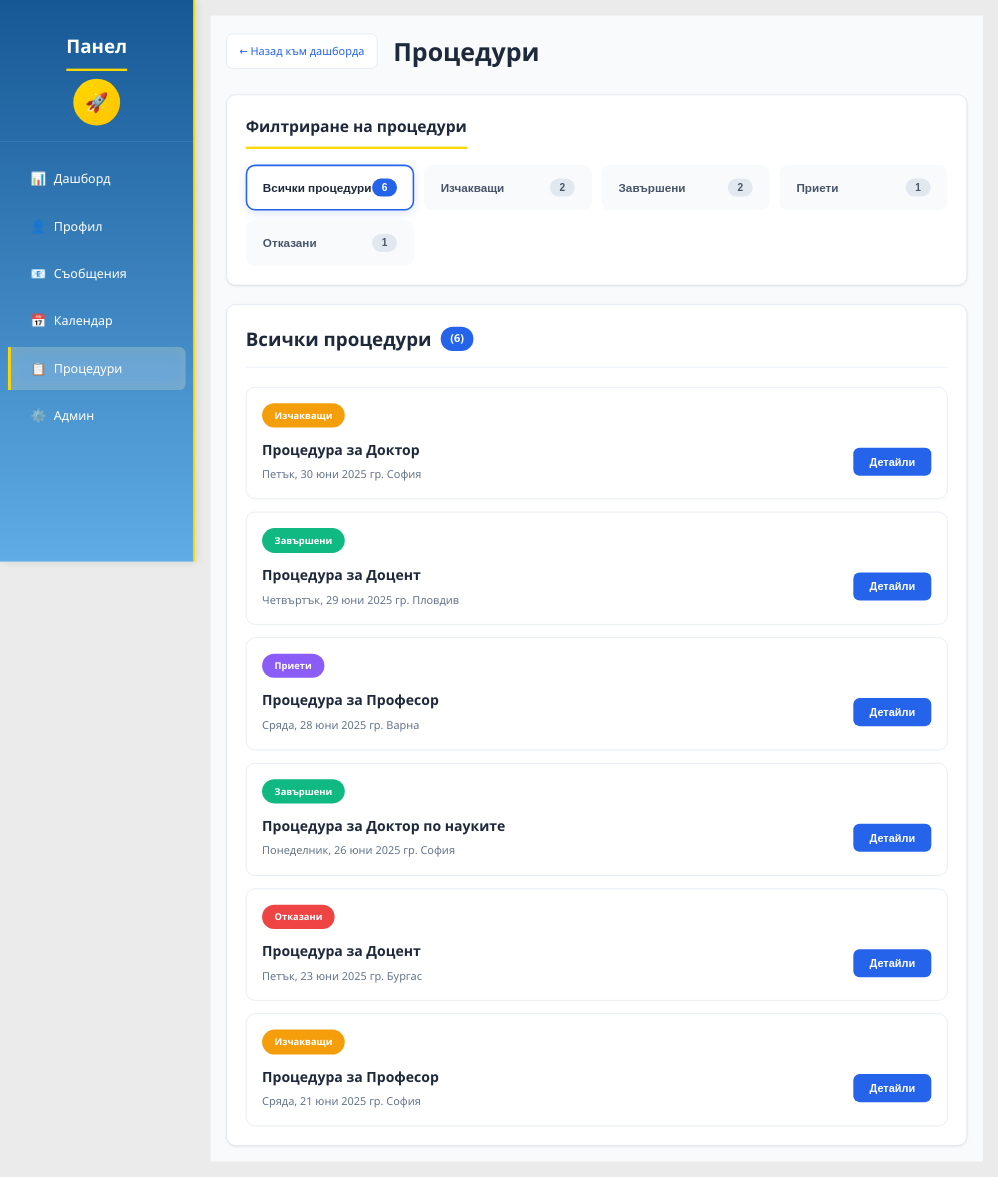
Repository: BorisSavianov/doxa-frontend
Page: /procedures
The author's editor kept a copy of each file at every save. The page is drawn from the files as they stood at one save, then again after the next save.
The browser window is 1280 px wide. The pictures show the whole page, at 78% of full size.
The project was rebuilt for these pictures with package versions that can differ from the ones it lists, and the page was loaded fresh each time. Also part of the build but not shown: vite.config.js, src/components/Layout/Header.jsx, src/pages/Dashboard.jsx, src/pages/Profile.css, src/pages/Profile.jsx, src/pages/Inbox.jsx, src/pages/Calendar.css, src/pages/Calendar.jsx and 1 more.

Above is the page before, as saved 2025-10-24 14:38:43.

### index.html
<!doctype html>
<html lang="en">
  <head>
    <meta charset="UTF-8" />
    <link rel="icon" type="image/svg+xml" href="/vite.svg" />
    <meta name="viewport" content="width=device-width, initial-scale=1.0" />
    <title>vtu</title>
  </head>
  <body>
    <div id="root"></div>
    <script type="module" src="/src/main.jsx"></script>
  </body>
</html>

### src/main.jsx
import React from 'react'
import ReactDOM from 'react-dom/client'
import { createBrowserRouter, RouterProvider } from 'react-router-dom'
import { ThemeProvider } from './contexts/ThemeContext'
import { LanguageProvider } from './contexts/LanguageContext'
import Layout from './components/Layout/Layout'
import Dashboard from './pages/Dashboard'
import Profile from './pages/Profile'
import Inbox from './pages/Inbox'
import Calendar from './pages/Calendar'
import Admin from './pages/Admin'
import './index.css'
import Procedures from './pages/Procedures'

const router = createBrowserRouter([
  {
    path: "/",
    element: <Layout />,
    children: [
      {
        index: true,
        element: <Dashboard />,
      },
      {
        path: "dashboard",
        element: <Dashboard />,
      },
      {
        path: "profile",
        element: <Profile />,
      },
      {
        path: "inbox",
        element: <Inbox />,
      },
      {
        path: "calendar",
        element: <Calendar />,
      },
      {
        path: "admin",
        element: <Admin />,
      },
       {
        path: "procedures",
        element: <Procedures />,
      },
    ],
  },
], {
  future: {
    v7_startTransition: true,
    v7_relativeSplatPath: true,
  },
});

function App() {
  return (
    <ThemeProvider>
      <LanguageProvider>
        <RouterProvider router={router} />
      </LanguageProvider>
    </ThemeProvider>
  )
}

ReactDOM.createRoot(document.getElementById('root')).render(
  <React.StrictMode>
    <App />
  </React.StrictMode>,
)

### src/contexts/LanguageContext.jsx
import React, { createContext, useContext, useState } from 'react'
import { useLocalStorage } from '../hooks/useLocalStorage'

const LanguageContext = createContext()

export const useLanguage = () => {
  const context = useContext(LanguageContext)
  if (!context) {
    throw new Error('useLanguage must be used within a LanguageProvider')
  }
  return context
}

export const LanguageProvider = ({ children }) => {
  const [isEnglish, setIsEnglish] = useLocalStorage('language', false)

  const toggleLanguage = () => {
    setIsEnglish(prev => !prev)
  }

  const t = (bg, en) => {
    return isEnglish ? en : bg
  }

  const value = {
    isEnglish,
    toggleLanguage,
    t
  }

  return (
    <LanguageContext.Provider value={value}>
      {children}
    </LanguageContext.Provider>
  )
}

// В LanguageContext.jsx, добави следния код в t функцията или създай нова:
const calendarLocales = {
  bg: {
    buttonText: {
      today: 'Днес',
      month: 'Месец',
      week: 'Седмица',
      day: 'Ден',
      list: 'Списък'
    },
    allDayText: 'Цял ден',
    noEventsText: 'Няма събития'
  },
  en: {
    buttonText: {
      today: 'Today',
      month: 'Month',
      week: 'Week',
      day: 'Day',
      list: 'List'
    },
    allDayText: 'All day',
    noEventsText: 'No events'
  }
}

// Актуализирай t функцията или добави нова:
const getCalendarLocale = () => {
  return isEnglish ? calendarLocales.en : calendarLocales.bg
}

### src/components/Layout/Layout.jsx
import React from 'react'
import { Routes, Route } from 'react-router-dom'
import { useTheme } from '../../contexts/ThemeContext'
import Header from './Header'
import Sidebar from './Sidebar'
import Dashboard from '../../pages/Dashboard'
import Profile from '../../pages/Profile'
import Inbox from '../../pages/Inbox'
import Calendar from '../../pages/Calendar'
import Admin from '../../pages/Admin'
import Procedures from '../../pages/Procedures'
import '../../styles/globals.css'

const Layout = () => {
  const { isDark } = useTheme()

  return (
    <div className={`app ${isDark ? 'dark' : 'light'}`}>
      <Sidebar />
      <div className="main-content">
        <Routes>
          <Route path="/" element={<Dashboard />} />
          <Route path="/dashboard" element={<Dashboard />} />
          <Route path="/profile" element={<Profile />} />
          <Route path="/inbox" element={<Inbox />} />
          <Route path="/calendar" element={<Calendar />} />
          <Route path="/admin" element={<Admin />} />
          <Route path="/procedures" element={<Procedures />} />
        </Routes>
      </div>
    </div>
  )
}

export default Layout

### src/index.css
:root {
  font-family: Inter, system-ui, Avenir, Helvetica, Arial, sans-serif;
  line-height: 1.5;
  font-weight: 400;
}

body {
  margin: 0;
  display: flex;
  place-items: center;
  min-width: 320px;
  min-height: 100vh;
}

#root {
  width: 100%;
  margin: 0 auto;
}

### src/pages/Procedures.jsx
import React, { useState } from 'react';
import { Link } from 'react-router-dom';
import '../styles/procedures.css';

const Procedures = () => {
  const [selectedCategory, setSelectedCategory] = useState('всички');

  const proceduresData = {
    'всички': [
      {
        title: 'Процедура за Доктор',
        date: 'Петък, 30 юни 2025 гр. София',
        category: 'изчакващи',
        status: 'pending'
      },
      {
        title: 'Процедура за Доцент',
        date: 'Четвъртък, 29 юни 2025 гр. Пловдив',
        category: 'завършени',
        status: 'completed'
      },
      {
        title: 'Процедура за Професор',
        date: 'Сряда, 28 юни 2025 гр. Варна',
        category: 'приети',
        status: 'accepted'
      },
      {
        title: 'Процедура за Доктор по науките',
        date: 'Понеделник, 26 юни 2025 гр. София',
        category: 'завършени',
        status: 'completed'
      },
      {
        title: 'Процедура за Доцент',
        date: 'Петък, 23 юни 2025 гр. Бургас',
        category: 'отказани',
        status: 'rejected'
      },
      {
        title: 'Процедура за Професор',
        date: 'Сряда, 21 юни 2025 гр. София',
        category: 'изчакващи',
        status: 'pending'
      }
    ],
    'изчакващи': [
      {
        title: 'Процедура за Доктор',
        date: 'Петък, 30 юни 2025 гр. София',
        category: 'изчакващи',
        status: 'pending'
      },
      {
        title: 'Процедура за Професор',
        date: 'Сряда, 21 юни 2025 гр. София',
        category: 'изчакващи',
        status: 'pending'
      }
    ],
    'завършени': [
      {
        title: 'Процедура за Доцент',
        date: 'Четвъртък, 29 юни 2025 гр. Пловдив',
        category: 'завършени',
        status: 'completed'
      },
      {
        title: 'Процедура за Доктор по науките',
        date: 'Понеделник, 26 юни 2025 гр. София',
        category: 'завършени',
        status: 'completed'
      }
    ],
    'приети': [
      {
        title: 'Процедура за Професор',
        date: 'Сряда, 28 юни 2025 гр. Варна',
        category: 'приети',
        status: 'accepted'
      }
    ],
    'отказани': [
      {
        title: 'Процедура за Доцент',
        date: 'Петък, 23 юни 2025 гр. Бургас',
        category: 'отказани',
        status: 'rejected'
      }
    ]
  };

  const categories = [
    { value: 'всички', label: 'Всички процедури', count: 6 },
    { value: 'изчакващи', label: 'Изчакващи', count: 2 },
    { value: 'завършени', label: 'Завършени', count: 2 },
    { value: 'приети', label: 'Приети', count: 1 },
    { value: 'отказани', label: 'Отказани', count: 1 }
  ];

  const getProceduresToShow = () => {
    if (selectedCategory === 'всички') {
      return proceduresData['всички'];
    }
    return proceduresData[selectedCategory] || [];
  };

  const getCategoryColor = (category) => {
    const colors = {
      'изчакващи': '#f59e0b',
      'завършени': '#10b981',
      'приети': '#8b5cf6',
      'отказани': '#ef4444'
    };
    return colors[category] || '#6b7280';
  };

  const getStatusText = (status) => {
    const statusText = {
      'pending': 'Изчаква',
      'completed': 'Завършена',
      'accepted': 'Приета',
      'rejected': 'Отхвърлена'
    };
    return statusText[status] || 'Неизвестен';
  };

  return (
    <div className="procedures-page">
      <div className="page-header">
        <Link to="/" className="back-btn">
          ← Назад към дашборда
        </Link>
        <h1>Процедури</h1>
      </div>

      <div className="procedures-container">
        {/* Филтри */}
        <div className="procedures-filters">
          <h2>Филтриране на процедури</h2>
          <div className="filters-grid">
            {categories.map((category) => (
              <button
                key={category.value}
                className={`filter-btn ${selectedCategory === category.value ? 'active' : ''}`}
                onClick={() => setSelectedCategory(category.value)}
              >
                <span className="filter-label">{category.label}</span>
                <span className="filter-count">{category.count}</span>
              </button>
            ))}
          </div>
        </div>

        {/* Списък с процедури */}
        <div className="procedures-list-section">
          <div className="section-header">
            <h3>
              {selectedCategory === 'всички'
                ? 'Всички процедури'
                : categories.find(cat => cat.value === selectedCategory)?.label
              }
              <span className="procedures-count">({getProceduresToShow().length})</span>
            </h3>
          </div>

          <div className="procedures-list">
            {getProceduresToShow().map((procedure, index) => (
              <div key={index} className="procedure-card">
                <div className="procedure-header">
                  <div className="procedure-category">
                    <span
                      className="category-badge"
                      style={{ backgroundColor: getCategoryColor(procedure.category) }}
                    >
                      {procedure.category}
                    </span>
                  </div>
                </div>

                <div className="procedure-content">
                  <div className="procedure-info">
                    <div className="procedure-title">{procedure.title}</div>
                    <div className="procedure-date">{procedure.date}</div>
                  </div>
                  <div className="procedure-actions">
                    <button className="details-btn">Детайли</button>
                  </div>
                </div>
              </div>
            ))}
          </div>

          {getProceduresToShow().length === 0 && (
            <div className="no-procedures">
              <h3>Няма намерени процедури</h3>
              <p>Не са открити процедури за избрания филтър</p>
            </div>
          )}
        </div>
      </div>
    </div>
  );
};

export default Procedures;

### src/components/Layout/Sidebar.jsx
import React from 'react'
import { NavLink } from 'react-router-dom'
import { useLanguage } from '../../contexts/LanguageContext'

const Sidebar = () => {
  const { t } = useLanguage()

  const menuItems = [
    { path: '/dashboard', label: t('Дашборд', 'Dashboard'), icon: '📊' },
    { path: '/profile', label: t('Профил', 'Profile'), icon: '👤' },
    { path: '/inbox', label: t('Съобщения', 'Inbox'), icon: '📧' },
    { path: '/calendar', label: t('Календар', 'Calendar'), icon: '📅' },
    { path: '/procedures', label: t('Процедури', 'Procedures'), icon: '📋' }, // Променена иконка
    { path: '/admin', label: t('Админ', 'Admin'), icon: '⚙️' }
  ]

  return (
    <aside className="sidebar">
      <div style={{ padding: '20px', textAlign: 'center', borderBottom: '1px solid rgba(255,255,255,0.1)' }}>
        <h2 style={{ color: 'white', fontSize: '1.5rem', marginBottom: '10px' }}>
          {t('Панел', 'Panel')}
        </h2>
        <div style={{
          width: '60px',
          height: '60px',
          background: 'linear-gradient(135deg, var(--accent), #FFC400)',
          borderRadius: '50%',
          margin: '0 auto',
          display: 'flex',
          alignItems: 'center',
          justifyContent: 'center',
          fontSize: '1.5rem'
        }}>
          🚀
        </div>
      </div>

      <nav style={{ marginTop: '20px' }}>
        <ul>
          {menuItems.map((item) => (
            <li key={item.path}>
              <NavLink
                to={item.path}
                className={({ isActive }) => isActive ? 'active' : ''}
              >
                <span style={{ marginRight: '10px' }}>{item.icon}</span>
                {item.label}
              </NavLink>
            </li>
          ))}
        </ul>
      </nav>
    </aside>
  )
}

export default Sidebar

### src/styles/dashboard.css
.dashboard {
    padding: 20px;
    min-height: 100vh;
    position: relative;
}

.dashboard-header {
    position: absolute;
    top: 0;
    left: 0;
    right: 0;
    height: 4px;
    background: #2563eb;
    background: linear-gradient(90deg, #2563eb 0%, #3b82f6 50%, #2563eb 100%);
}

.dashboard h2 {
    color: #2d3748;
    margin-bottom: 24px;
    font-size: 28px;
    font-weight: 600;
    margin-top: 10px;
}

.card {
    background: white;
    border-radius: 12px;
    padding: 24px;
    box-shadow: 0 4px 6px rgba(0, 0, 0, 0.05);
    border: 1px solid #e2e8f0;
    position: relative;
    overflow: hidden;
}

.card h2 {
    color: #2d3748;
    margin-bottom: 20px;
    font-size: 20px;
    font-weight: 600;
    border-bottom: 2px solid #e2e8f0;
    padding-bottom: 12px;
}

/* Процедури стилове - цяла ширина */
.procedures-card.full-width {
    grid-column: 1 / -1;
    margin-bottom: 24px;
}

.procedures-grid {
    display: grid;
    grid-template-columns: 1fr 1fr;
    gap: 40px;
}

.procedures-column {
    display: flex;
    flex-direction: column;
    justify-content: space-evenly;
    gap: 24px;
}

.procedure-section:nth-child(even) {
    flex: 1;
    display: flex;
    flex-direction: column;
    justify-content: flex-end;
}

.procedure-section h3 {
    font-size: 14px;
    color: #718096;
    margin-bottom: 8px;
    font-weight: 500;
}

.procedure-item {
    padding: 16px;
    border-radius: 8px;
    border: 1px solid #e2e8f0;
    transition: all 0.2s ease;
    background: white;
}

.procedure-item.waiting {
    padding: 12px 16px;
}

.procedure-content {
    display: flex;
    justify-content: space-between;
    align-items: flex-start;
    gap: 12px;
}

.procedure-info {
    flex: 1;
}

.procedure-title {
    font-weight: 600;
    color: #2d3748;
    margin-bottom: 4px;
}

.procedure-date {
    font-size: 14px;
    color: #718096;
}

.procedure-item:hover {
    background-color: #f7fafc;
    box-shadow: 0 2px 4px rgba(0, 0, 0, 0.1);
}

.procedure-list {
    display: flex;
    flex-direction: column;
    gap: 12px;
}

/* Бутон за детайли */
.details-btn {
    background: #2563eb;
    color: white;
    border: none;
    padding: 8px 16px;
    border-radius: 6px;
    font-size: 14px;
    font-weight: 500;
    cursor: pointer;
    transition: all 0.2s ease;
    white-space: nowrap;
    min-width: 80px;
}

.details-btn:hover {
    background: #1d4ed8;
    box-shadow: 0 2px 4px rgba(37, 99, 235, 0.3);
}

.details-btn:active {
    transform: translateY(0);
}

/* Долни секции */
.bottom-sections {
    display: grid;
    grid-template-columns: 1fr;
    gap: 24px;
}

/* Аналитики стилове - подобрени */
.analytics-card.full-width {
    grid-column: 1 / -1;
}

.analytics-content {
    padding: 10px 0;
}

.analytics-main {
    text-align: center;
    margin-bottom: 20px;
    padding: 20px;
    background: linear-gradient(135deg, #2563eb 0%, #3b82f6 100%);
    border-radius: 12px;
    color: white;
}

.month {
    font-size: 28px;
    font-weight: 700;
    margin-bottom: 8px;
}

.trend {
    font-size: 16px;
    font-weight: 600;
    padding: 8px 16px;
    border-radius: 20px;
    display: inline-block;
}

.trend.positive {
    background: rgba(255, 255, 255, 0.2);
    border: 1px solid rgba(255, 255, 255, 0.3);
}

.analytics-stats {
    display: grid;
    grid-template-columns: repeat(5, 1fr);
    gap: 15px;
    margin-top: 15px;
}

.stat-item {
    text-align: center;
    padding: 20px 15px;
    background: #f8fafc;
    border-radius: 12px;
    border: 1px solid #e2e8f0;
    transition: all 0.3s ease;
}

.stat-item:hover {
    /* transform: translateY(-2px); */
    box-shadow: 0 4px 12px rgba(0, 0, 0, 0.1);
}

.stat-value {
    font-size: 32px;
    font-weight: 700;
    color: #2563eb;
    margin-bottom: 8px;
}

.stat-value.accepted {
    color: #10b981;
}

.stat-value.rejected {
    color: #ef4444;
}

.stat-label {
    font-size: 14px;
    color: #64748b;
    font-weight: 500;
}

/* Календар стилове */
.calendar-placeholder {
    height: 200px;
    display: flex;
    align-items: center;
    justify-content: center;
    background: #f7fafc;
    border-radius: 8px;
    border: 2px dashed #e2e8f0;
}

.calendar-placeholder p {
    color: #a0aec0;
    font-size: 16px;
}

/* Responsive дизайн */
@media (max-width: 1024px) {
    .procedures-grid {
        gap: 30px;
    }

    .analytics-stats {
        grid-template-columns: repeat(3, 1fr);
    }
}

@media (max-width: 768px) {
    .dashboard {
        padding: 16px;
    }

    .card {
        padding: 20px;
    }

    .procedures-grid {
        grid-template-columns: 1fr;
        gap: 20px;
    }

    .bottom-sections {
        grid-template-columns: 1fr;
    }

    .procedures-card.full-width {
        margin-bottom: 20px;
    }

    .procedure-content {
        flex-direction: column;
        gap: 8px;
    }

    .details-btn {
        align-self: flex-end;
        min-width: 70px;
        padding: 6px 12px;
        font-size: 13px;
    }

    .analytics-stats {
        grid-template-columns: repeat(2, 1fr);
    }

    .stat-value {
        font-size: 28px;
    }
}

@media (max-width: 480px) {
    .month {
        font-size: 20px;
    }

    .dashboard h2 {
        font-size: 24px;
    }

    .analytics-stats {
        grid-template-columns: 1fr;
    }

    .stat-value {
        font-size: 24px;
    }

    .stat-item {
        padding: 15px 10px;
    }
}

Loaded but not shown: src/contexts/ThemeContext.js (31 lines, source omitted); src/hooks/useLocalStorage.js (24 lines, source omitted); src/pages/Inbox.css (598 lines, source omitted); src/styles/globals.css (337 lines, source omitted); src/styles/procedures.css (365 lines, source omitted)

After the next save:
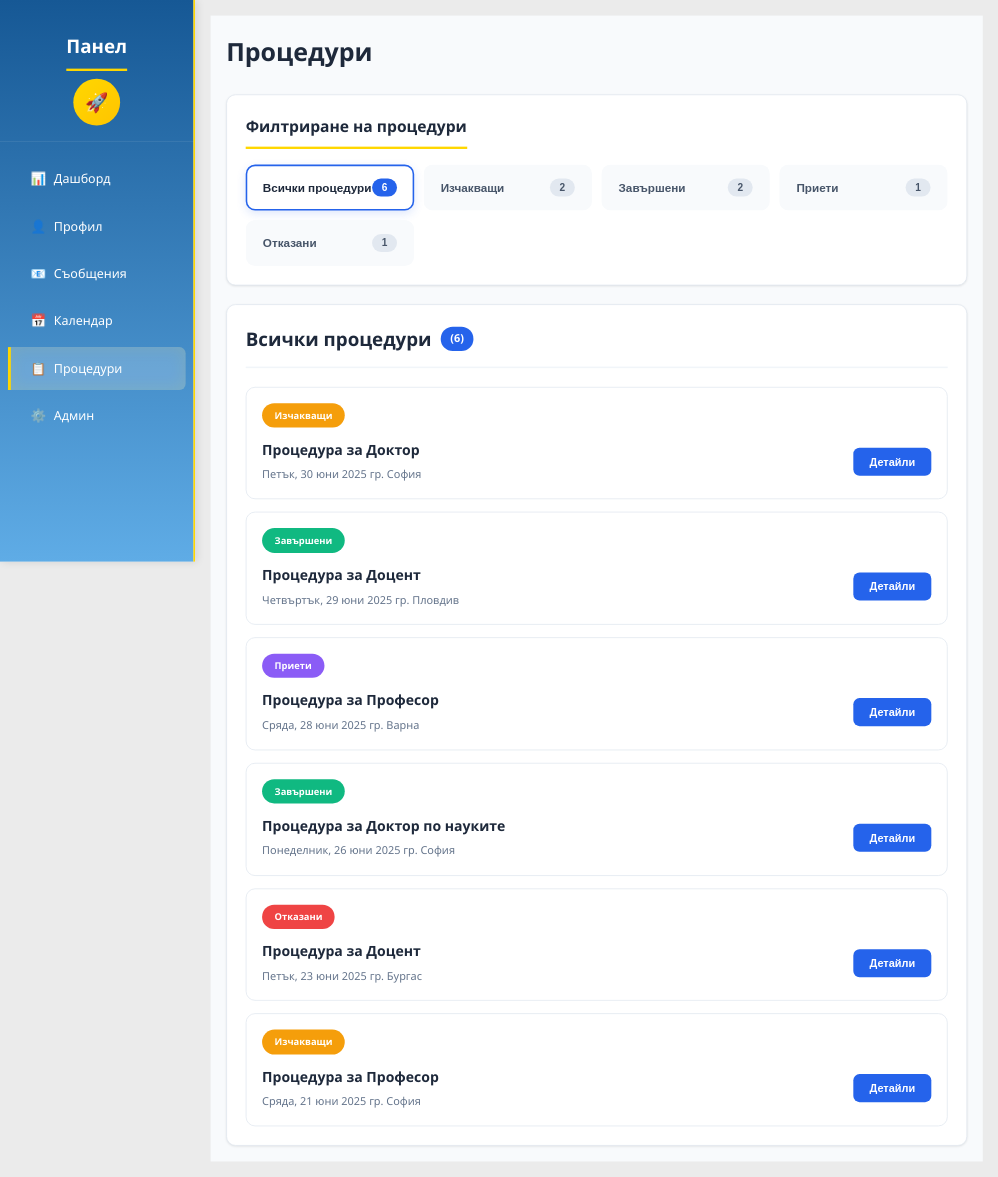
Saved 37 s later.
--- a/src/pages/Procedures.jsx
+++ b/src/pages/Procedures.jsx
@@ -128,9 +128,7 @@ const Procedures = () => {
   return (
     <div className="procedures-page">
       <div className="page-header">
-        <Link to="/" className="back-btn">
-          ← Назад към дашборда
-        </Link>
+
         <h1>Процедури</h1>
       </div>
 
